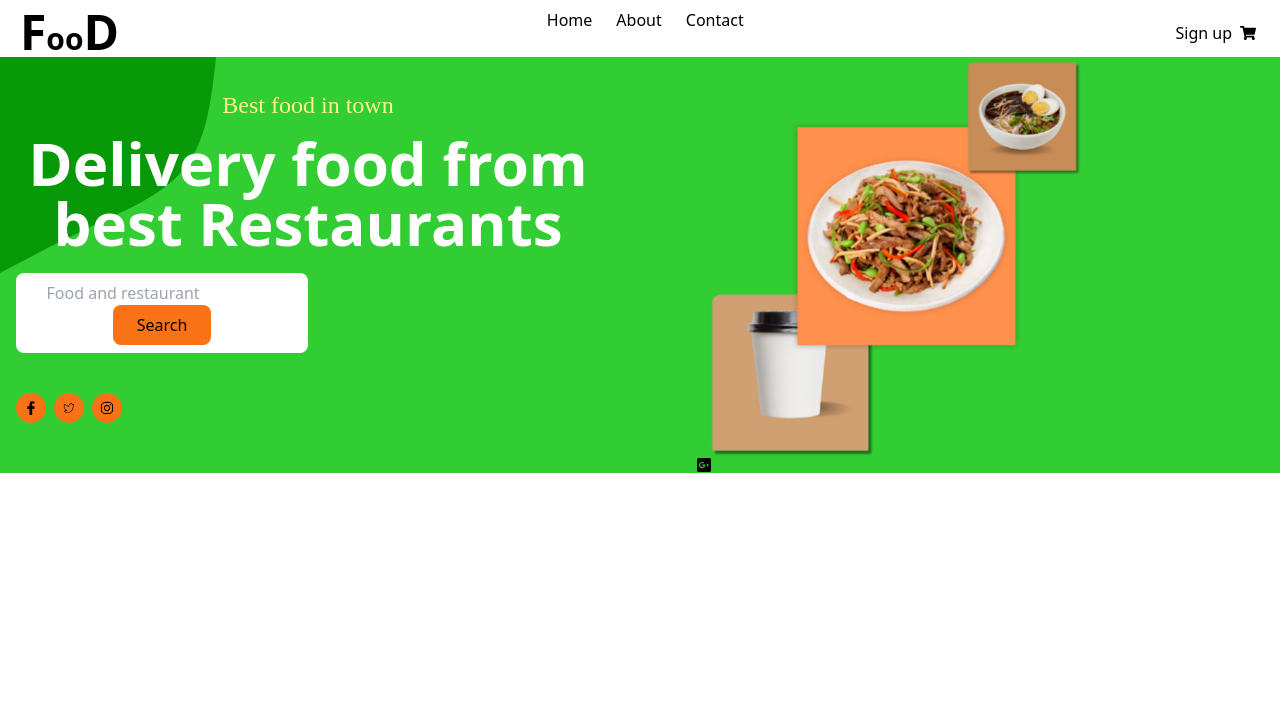
Repository: KhushiCode14/FoodWeb
Page: /
The author's editor kept a copy of each file at every save. The page is drawn from the files as they stood at one save, then again after the next save.
The browser window is 1280 px wide. The pictures show the whole page.
The project was rebuilt for these pictures with package versions that can differ from the ones it lists, and the page was loaded fresh each time. Also part of the build but not shown: src/components/Home/SignUp.tsx, src/components/Home/SignIn.tsx.

Above is the page before, as saved 2024-09-19 20:20:33.

After the next save:
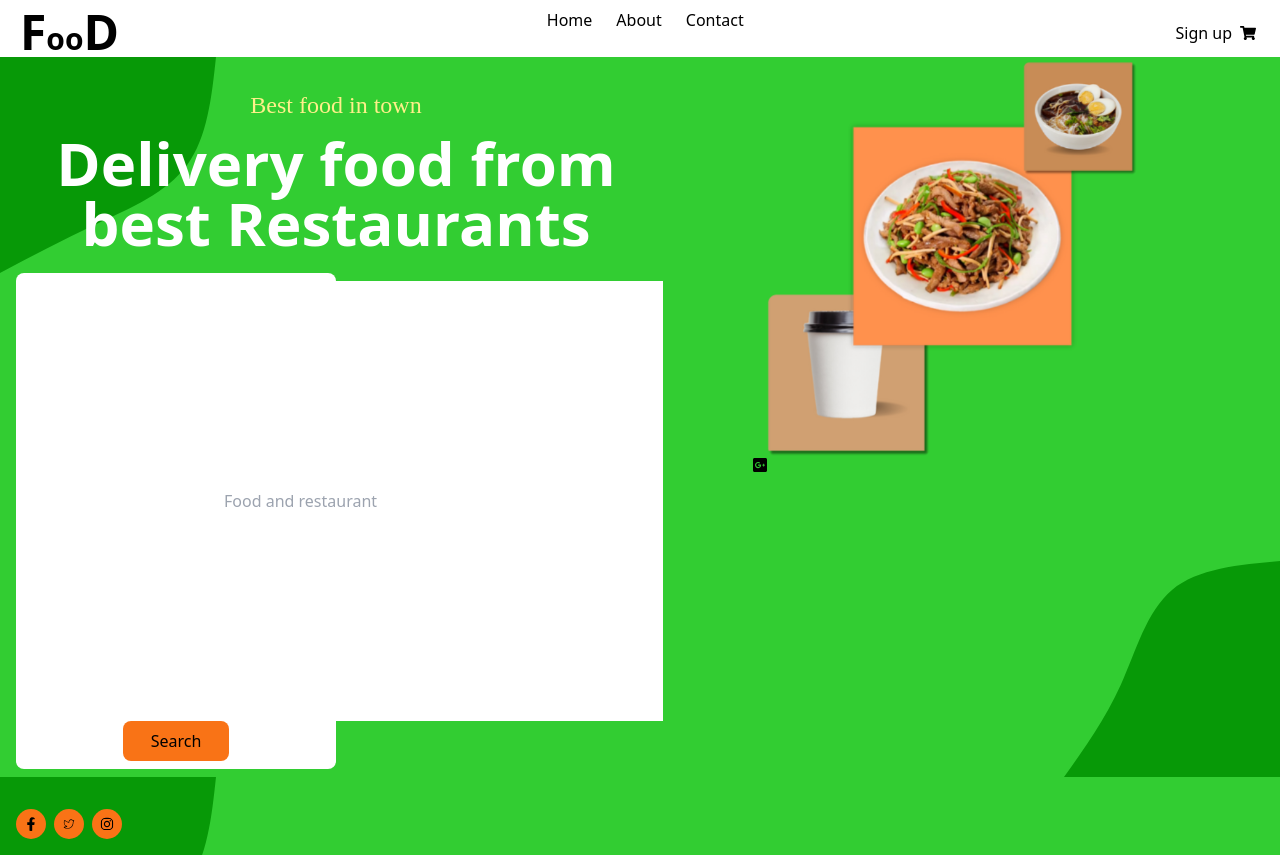
Saved 17 s later.
--- a/src/Pages/Home.tsx
+++ b/src/Pages/Home.tsx
@@ -13,7 +13,7 @@
         <h1 className="text-6xl mb-5 text-white font-bold">Delivery food from best Restaurants</h1>
         <div className="justify-between">
          <div className="mb-10 rounded-lg bg-white w-1/2 py-2">
-         <input type="text" placeholder="Food and restaurant "></input>
+         <input type="text" placeholder="Food and restaurant " className="p-52"></input>
          <button className="bg-orange-500 p-2 w-1/3 rounded-lg" >Search</button>
          </div>
           <div className="flex gap-2  ">

After the save that followed:
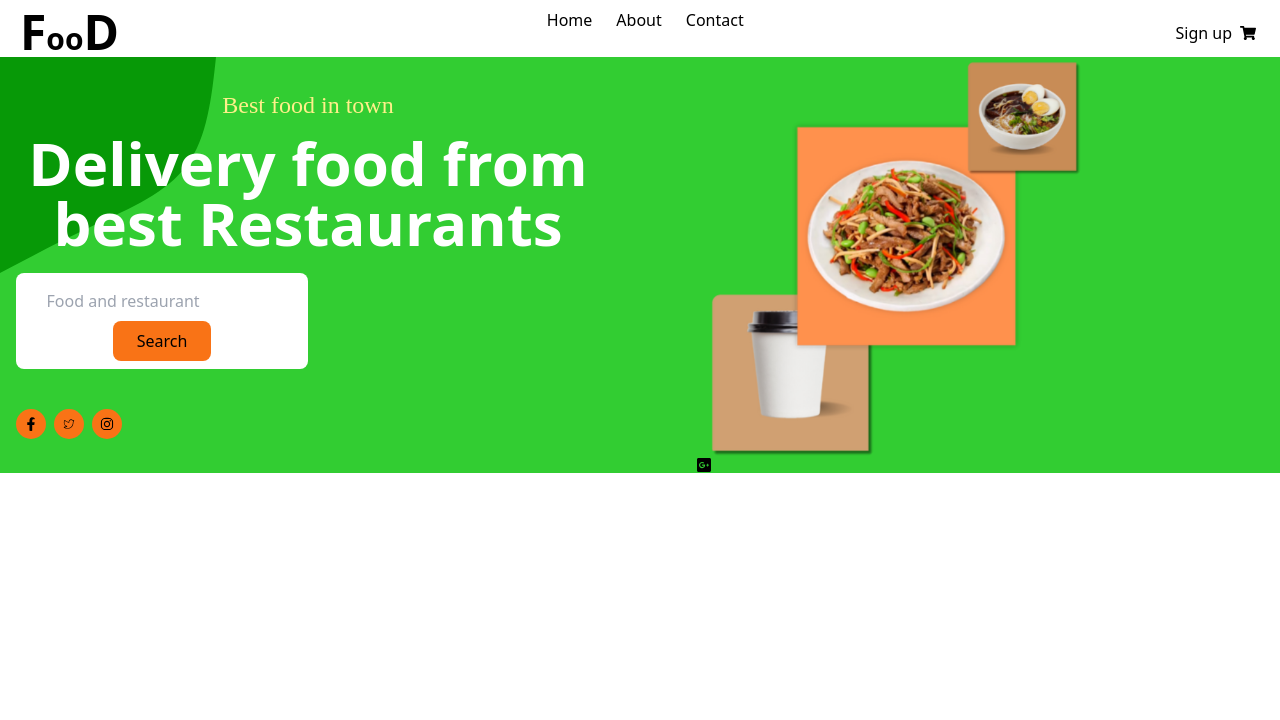
Saved 8 s later.
--- a/src/Pages/Home.tsx
+++ b/src/Pages/Home.tsx
@@ -13,7 +13,7 @@
         <h1 className="text-6xl mb-5 text-white font-bold">Delivery food from best Restaurants</h1>
         <div className="justify-between">
          <div className="mb-10 rounded-lg bg-white w-1/2 py-2">
-         <input type="text" placeholder="Food and restaurant " className="p-52"></input>
+         <input type="text" placeholder="Food and restaurant " className="p-2"></input>
          <button className="bg-orange-500 p-2 w-1/3 rounded-lg" >Search</button>
          </div>
           <div className="flex gap-2  ">
